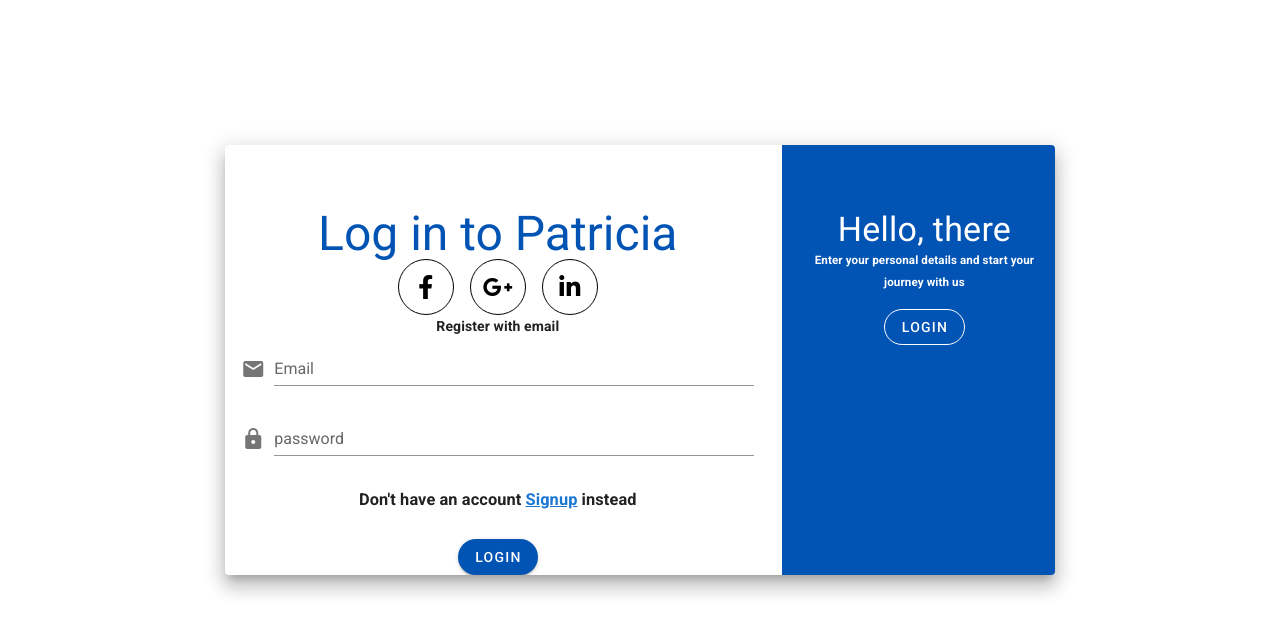
Repository: akinsikuoluwafemi/Pats_userAuth
Page: /login
An editor plug-in stored every save of this project. The page is shown before and after a run of saves, followed by the edit.
The browser window is 1280 px wide. The pictures show the whole page.
The project was rebuilt for these pictures with package versions that can differ from the ones it lists, and the page was loaded fresh each time. Also part of the build but not shown: vue.config.js, src/views/Signup.vue, src/views/UserInfo.vue.

Above is the page before, as saved 2020-11-05 12:19:03.

After the next 5 saves:
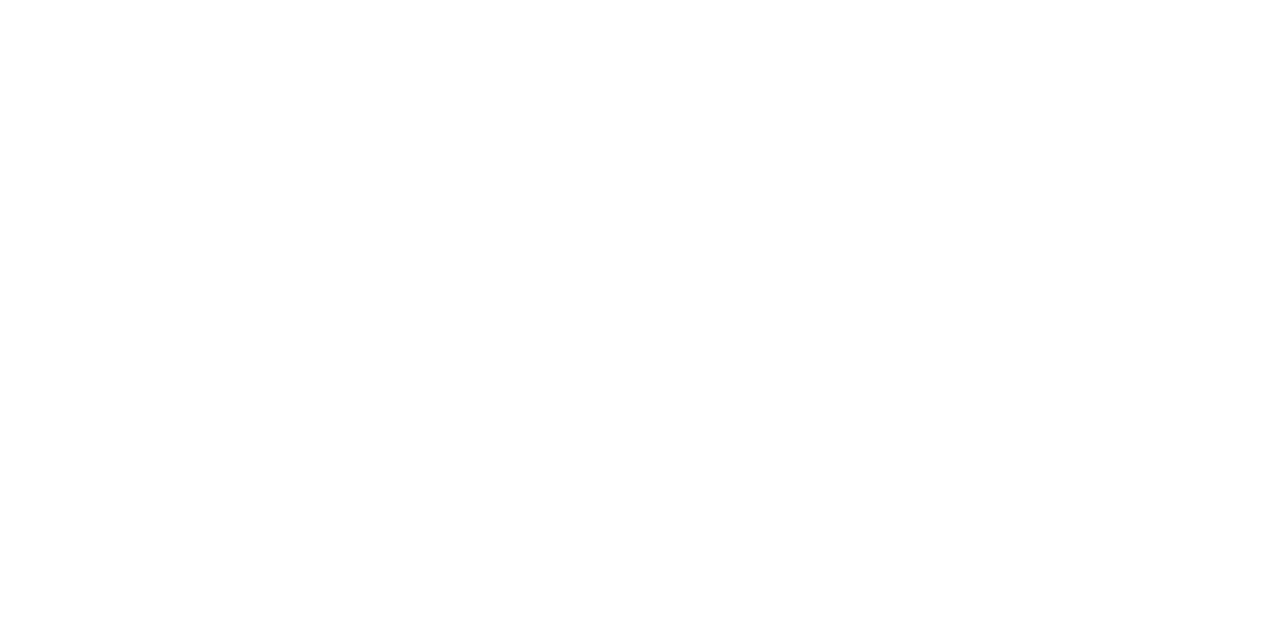
Console error: ReferenceError: Vue is not defined
The 5 saves are shown as one change because they came seconds apart.
The last was saved 13 s later.
--- a/src/views/Login.vue
+++ b/src/views/Login.vue
@@ -91,5 +91,8 @@
   </v-app>
 </template>
 <script>
+new Vue({
+
+})
 
 </script>

After the save that followed:
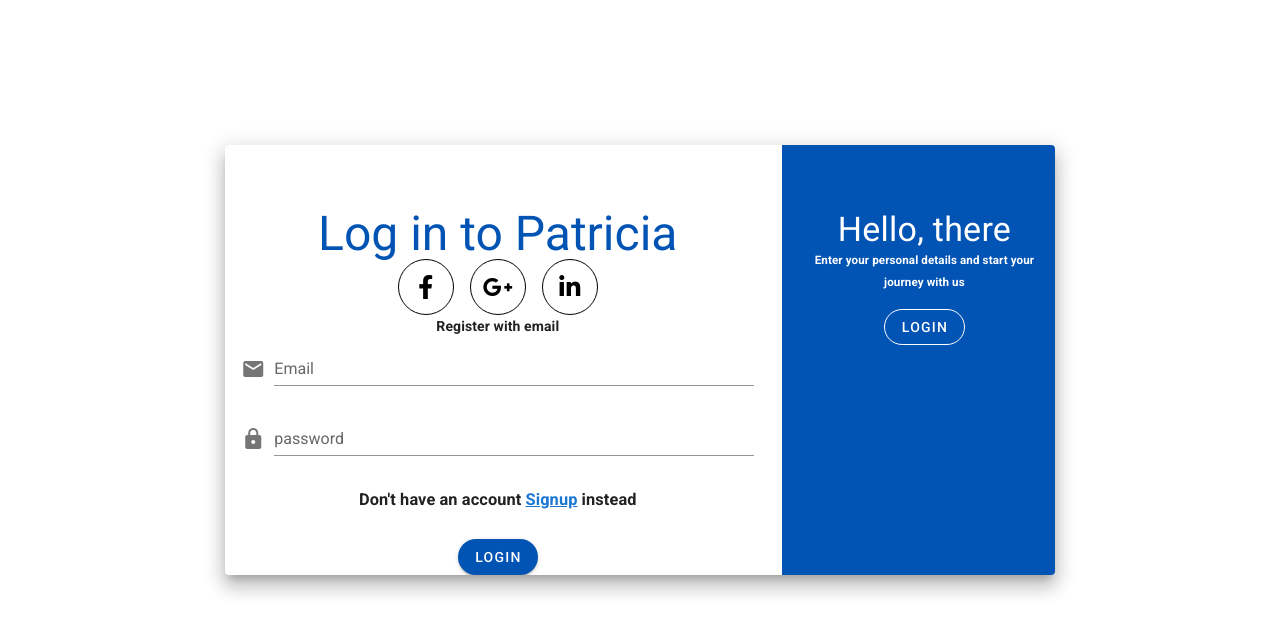
The error is gone.
Saved 16 s later.
--- a/src/views/Login.vue
+++ b/src/views/Login.vue
@@ -91,8 +91,12 @@
   </v-app>
 </template>
 <script>
-new Vue({
-
-})
-
+export default {
+  data: () => ({
+    step: 1
+  }),
+  props: {
+    source: String
+  }
+}
 </script>
